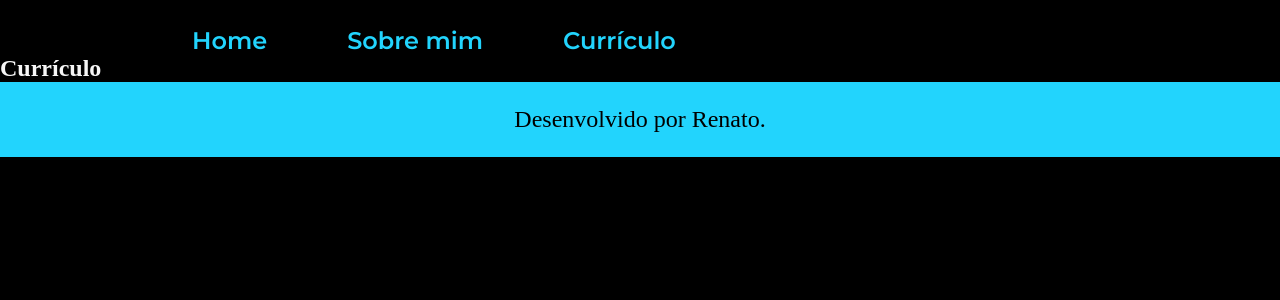
Repository: RenatoCCS/Portfolio_Alura
Page: curriculo.html
An editor plug-in stored every save of this project. The page is shown before and after the next save, followed by the edit.
The browser window is 1280 px wide. The pictures show the whole page.
Some web fonts or font styles are not loaded; a fallback is used.

Above is the page before, as saved 2023-03-06 15:00:34.

After the next save:
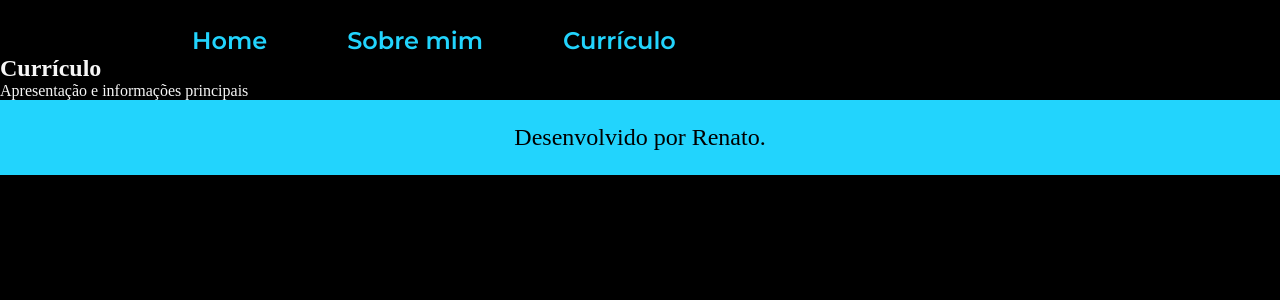
Saved 15 s later.
--- a/curriculo.html
+++ b/curriculo.html
@@ -20,6 +20,7 @@
     <main>
       <section>
         <h1>Currículo</h1>
+        <p>Apresentação e informações principais</p>
       </section>
     </main>
 
